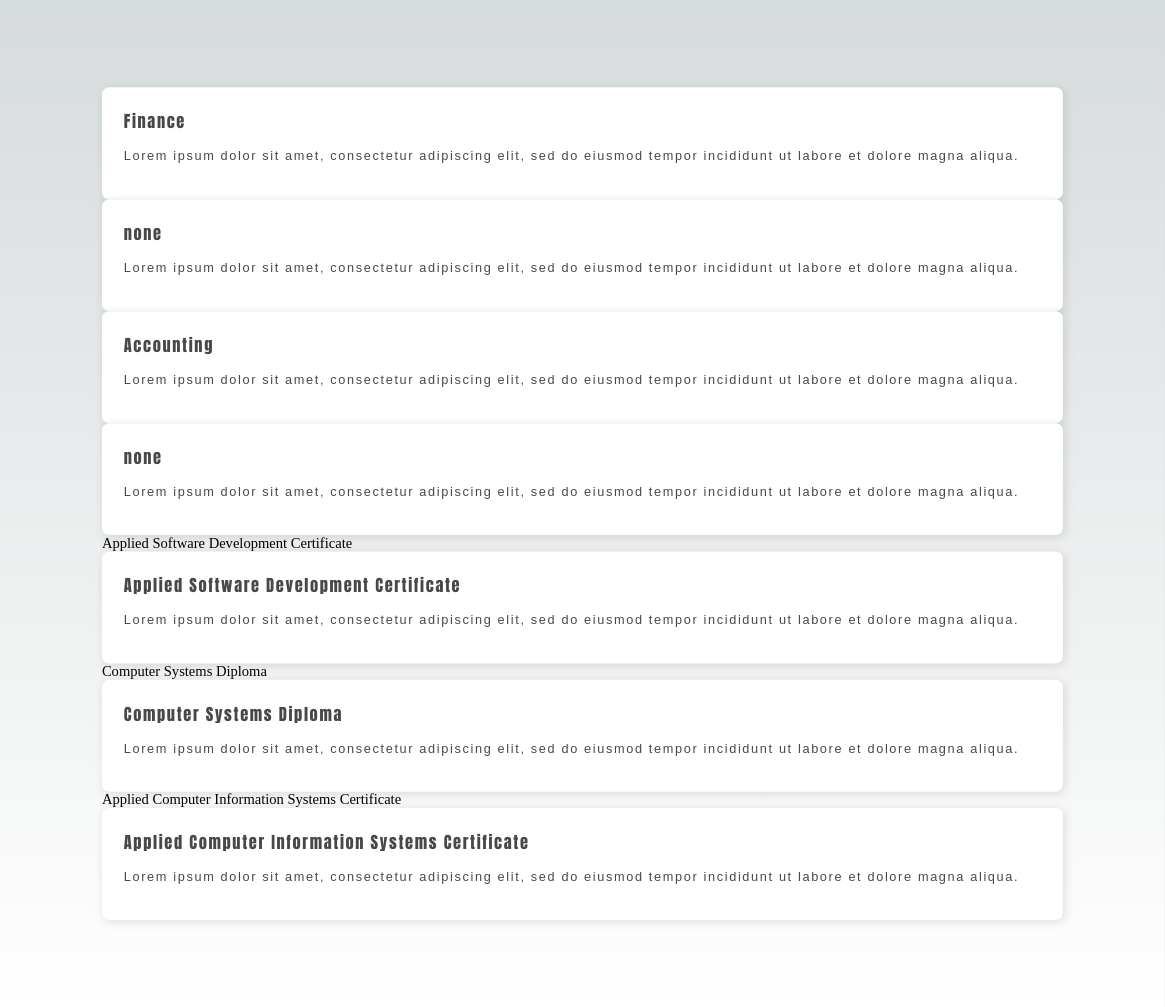
Repository: giovanabirck/class03-vercel-test
Page: /
These files come from the project's save history. The page is drawn as it stood at one moment and after a run of saves; the edit follows.
The browser window is 1280 px wide. The pictures show the whole page, at 91% of full size.
The project was rebuilt for these pictures with package versions that can differ from the ones it lists, and the page was loaded fresh each time. The framework's server and built-in components were replaced by stand-ins that run in the browser. Also part of the build but not shown: next.config.js.

Above is the page before, as saved 2023-01-24 21:30:45.

After the next 4 saves:
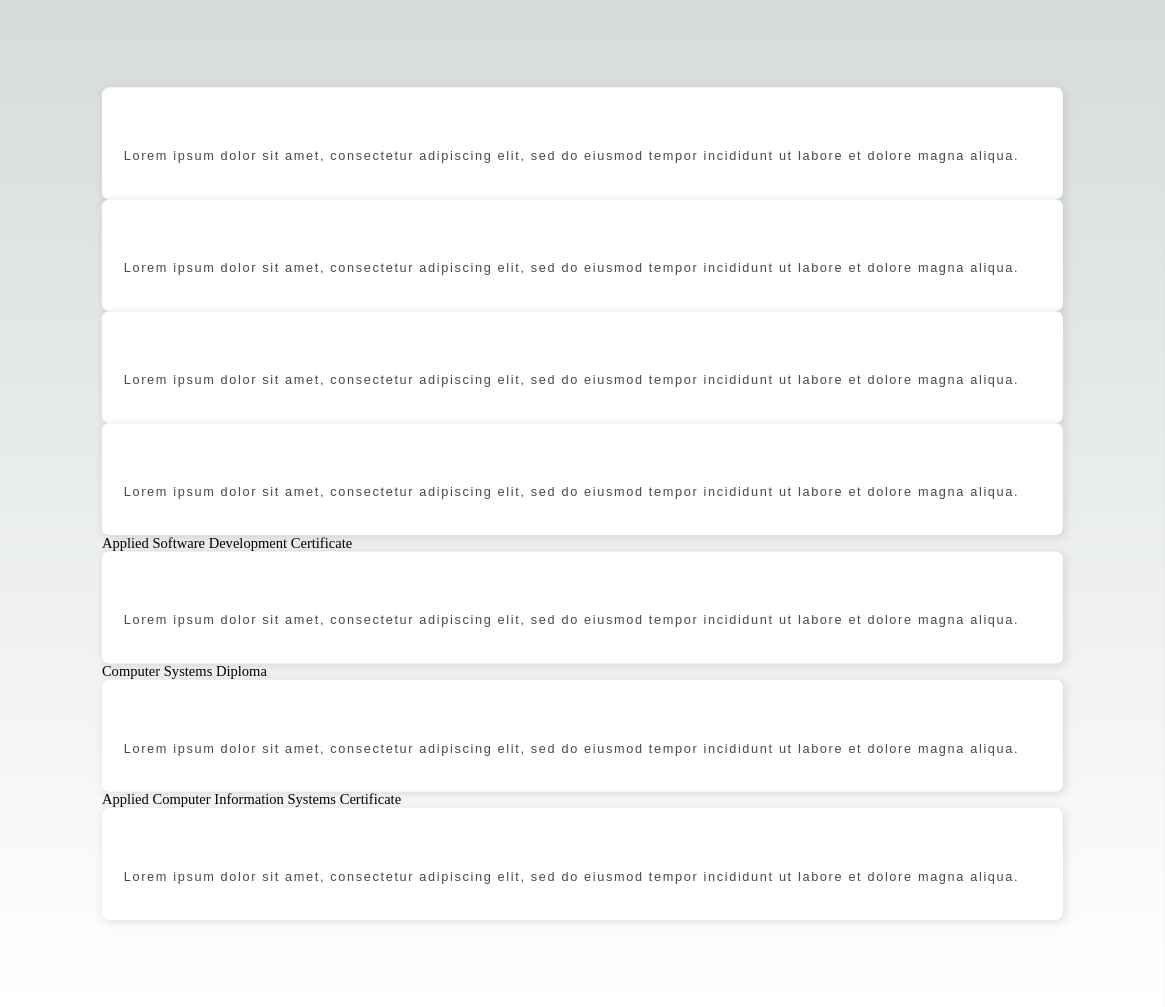
The 4 saves are shown as one change because 1 did not build or start and some came seconds apart.
The last was saved 33 s later.
--- a/components/Card/index.js
+++ b/components/Card/index.js
@@ -1,8 +1,6 @@
 
 
-export default function Card({
-    degree      =   "none",
-}) {
+export default function Card() {
 
     return(
         <div style={{
@@ -17,7 +15,6 @@
             borderRadius: "8px",
             boxShadow: "2px 2px 10px rgb(100, 100, 100, 0.2)"
         }}>
-            {degree}
             <br></br>
             <p style={{
                 fontFamily: "arial",

After the save that followed:
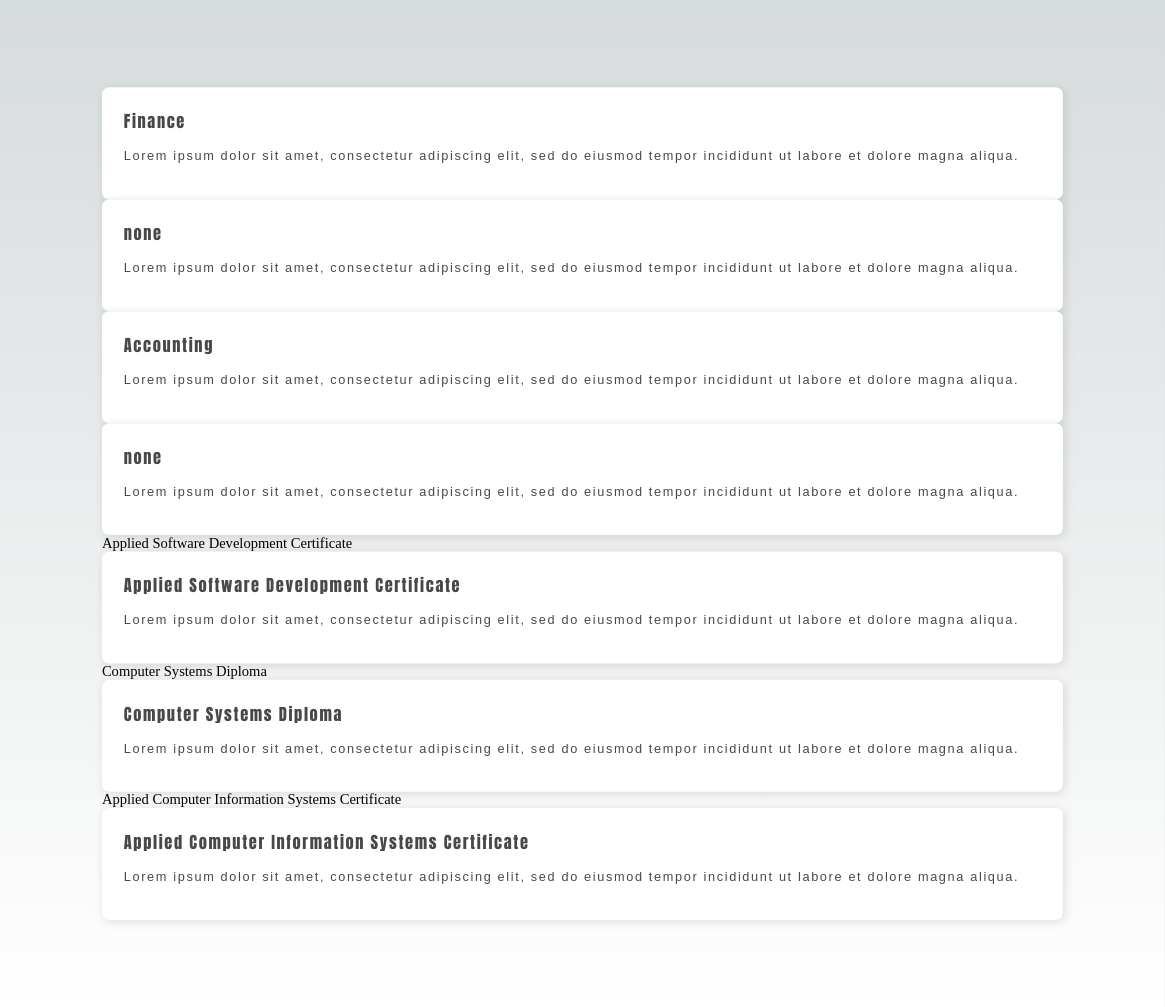
Saved 11 s later.
--- a/components/Card/index.js
+++ b/components/Card/index.js
@@ -1,6 +1,8 @@
 
 
-export default function Card() {
+export default function Card({
+    degree      =   "none",
+}) {
 
     return(
         <div style={{
@@ -15,6 +17,7 @@
             borderRadius: "8px",
             boxShadow: "2px 2px 10px rgb(100, 100, 100, 0.2)"
         }}>
+            {degree}
             <br></br>
             <p style={{
                 fontFamily: "arial",
